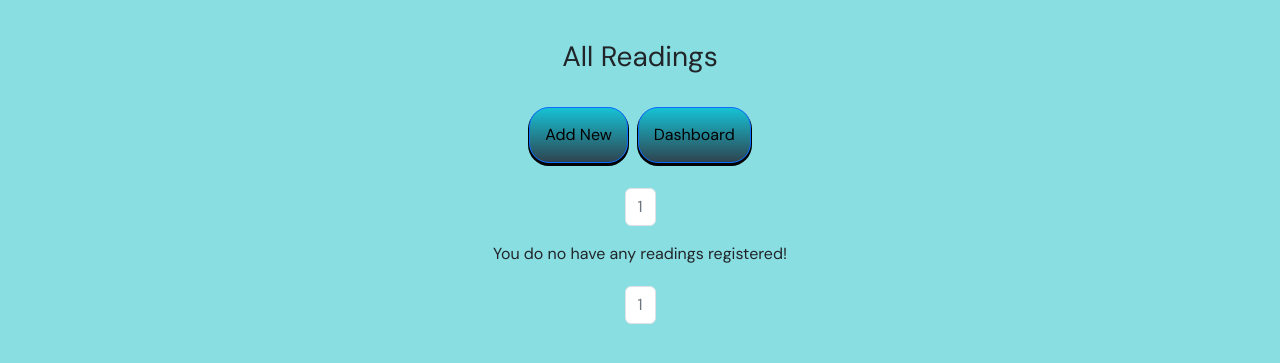
Repository: aiodell/my-glucose-checkup
Page: /bgls/all (app in client/)
The author's editor kept a copy of each file at every save. The page is drawn from the files as they stood at one save, then again after the next save.
The browser window is 1280 px wide. The pictures show the whole page.
The page's requests for data from a server got no answer. The project was rebuilt for these pictures with package versions that can differ from the ones it lists, and the page was loaded fresh each time. No one was signed in, and anything a server would have sent is missing. Also part of the build but not shown: client/src/components/Login.js, client/src/components/Signup.js, client/src/components/Dashboard.js, client/src/components/NewReading.js, client/src/components/Home.js, client/src/components/BglUpdateForm.js, client/src/components/BglEventDetails.js, client/src/components/NewBglEvent.js and 8 more.

Above is the page before, as saved 2022-10-06 06:59:08.

### client/src/index.js
import React from 'react';
import ReactDOM from 'react-dom/client';
import {BrowserRouter as Router} from "react-router-dom";
import 'bootstrap/dist/css/bootstrap.min.css';
import App from './App';

const root = ReactDOM.createRoot(document.getElementById('root'));
root.render(
  <React.StrictMode>
  <Router>
    <App />
  </Router>
  </React.StrictMode>
);

### client/src/App.js
import { useState, useEffect } from "react"
import { Switch, Route, useHistory } from "react-router-dom"
import NavBar from "./components/NavBar"
import Login from "./components/Login"
import Signup from "./components/Signup"
import Dashboard from "./components/Dashboard"
import AllReadings from "./components/AllReadings"
import NewReading from "./components/NewReading"
import Home from "./components/Home"
import BglEventDetails from "./components/BglEventDetails"
import NewBglEvent from "./components/NewBglEvent"
import Events from "./components/Events"
import UserProfile from "./components/UserProfile"
import CreateProfile from "./components/CreateProfile"
import AllUsers from "./components/AllUsers"
import './styles.css'

const App = () => {
  const [currentUser, setCurrentUser] = useState("")
  const [readings, setReadings] = useState([])
  const [events, setEvents] = useState([])
  const [users, setUsers] = useState([])
  const [following, setFollowing] = useState([])
  const history = useHistory()

  useEffect( () => {
    fetch(`/auto-login`)
    .then((r) => {
      if (r.ok) {
        r.json().then((user) => setCurrentUser(user))
      }else{
        history.push("/login")
      }
    })
  }, [ ])

	useEffect(() => {
		fetch("/events")
		.then((r) => r.json())
		.then(setEvents)
	}, [])

  useEffect(() => {
		fetch("/bgls")
		.then((r) => r.json())
		.then(setReadings)
	}, [])

  useEffect(() => {
    fetch("/users")
    .then((r) => r.json())
    .then(setUsers)
  }, [])

  useEffect(() => {
    fetch("/relationships")
    .then((r) => r.json())
    .then(setFollowing)
  }, [])

  const updateUser = (user) => setCurrentUser(user)

  const addNewReading = (newReading) => {setReadings(readings => [...readings, newReading])}

  const deleteReading = (deletedReading) => {
    setReadings((readings) => readings.filter((reading) => reading.id !== deletedReading))
  }

  const deleteEvent = (deletedEvent) => {
    setEvents((events) => events.filter((event) => event.id !== deletedEvent))
  }

  const updateBgl = (updatedBgl) => {
    setReadings((readings) => readings.map(bgl => bgl.id === updatedBgl.id ? updatedBgl : bgl))
  }

  // add follower to list
  const addNewFollow = (newFollow) => {
    setFollowing(following => [...following, newFollow])
    const copyOfCurrentUser = {...currentUser}
    copyOfCurrentUser.followees.push(newFollow)
    setCurrentUser(copyOfCurrentUser)
  }

  // delete follower from the list
  const deleteFollow = (deletedFollow) => {
    setFollowing((following) => following.filter((following) => following.id !== deletedFollow))
  }

  const removeCurrentFollowing = (deletedFollowee) => {
    const copyOfCurrentUser = {...currentUser}
    copyOfCurrentUser.followees = copyOfCurrentUser.followees.filter(followee => followee.followee_id !== deletedFollowee.followee_id)
    setCurrentUser(copyOfCurrentUser)
  }

   return (
   <div>
    <NavBar
      currentUser = {currentUser}
      updateUser = {updateUser}
    />
    <Switch>
      <Route exact path = "/login">
        <Login updateUser = {updateUser}/>
      </Route>
      <Route exact path = "/signup">
        <Signup />
      </Route>
      <Route exact path = "/dashboard">
        <Dashboard
        currentUser = {currentUser}
        readings = {readings}
        setReadings = {setReadings}
        following = {following}  // will be used to display the highs and lows of a user being followed
        users = {users}
        />
      </Route>
      <Route exact path= "/bgls/all">
        <AllReadings
        readings = {readings}
        setReadings = {setReadings}
        />
      </Route>
      <Route exact path= "/bgls/new">
        <NewReading addNewReading= {addNewReading} />
      </Route>
      <Route exact path= "/bgls/:id/">
        <BglEventDetails
          updateBgl = {updateBgl}
          deleteReading= {deleteReading}
          readings = {readings}
        />
      </Route>
      <Route exact path="/bgls/:id/bgl_events/new">
        <NewBglEvent events= {events}/>
      </Route>
      <Route exact path="/events">
        <Events
          deleteEvent = {deleteEvent}
          events = {events}
          setEvents = {setEvents}
        />
      </Route>
      <Route exact path= "/me">
        <UserProfile
        currentUser = {currentUser}
        users = {users}
        />
      </Route>
      <Route exact path = "/create-profile">
        <CreateProfile />
      </Route>
      <Route exact path= "/users">
        <AllUsers
        currentUser = {currentUser}
        users = {users}
        addNewFollow = {addNewFollow}
        deleteFollow = {deleteFollow}
        removeCurrentFollowing ={removeCurrentFollowing}
        />
      </Route>
      <Route exact path="/">
        <Home
        currentUser = {currentUser}
        setCurrentUser = {setCurrentUser}/>
      </Route>
    </Switch>
   </div>
  )
}

export default App;

### client/src/components/NavBar.js
import { useHistory, NavLink } from 'react-router-dom'
import Container from "react-bootstrap/Container"
import Nav from 'react-bootstrap/Nav';
import Navbar from 'react-bootstrap/Navbar';
import '../styles.css';

const NavBar = ({updateUser, currentUser}) => {
	const history = useHistory()

	// log out only available when logged in
	const handleLogout = (e) => {
		fetch(`/logout`, {
			method: 'DELETE'
		})
		.then(() => {
			updateUser("")
			history.push('/')
		})
	}

	return(
		<>
		{currentUser ?
			<Navbar bg="dark" variant="dark" expand="lg">
			<Container className="nav-bar">
				<Navbar.Brand>My Glucose Checkup</Navbar.Brand>
				<Navbar.Toggle aria-controls="basic-navbar-nav" />
				<Navbar.Collapse id="basic-navbar-nav"></Navbar.Collapse>
					<Nav className="me-auto">
						<NavLink className="nav-link" to="/dashboard">
							<Nav.Item>Dashboard</Nav.Item>
						</NavLink>
						<NavLink className="nav-link" to="/bgls/all">
							<Nav.Item>My BGLs</Nav.Item>
						</NavLink>
						<NavLink className="nav-link" to="/bgls/new">
							<Nav.Item>New Reading</Nav.Item>
						</NavLink>
						<NavLink className="nav-link" to="/me">
							<Nav.Item>My Account</Nav.Item>
						</NavLink>
						<NavLink className="nav-link" to="/users">
							<Nav.Item>All Users</Nav.Item>
						</NavLink>
						<Nav.Link onClick={handleLogout}>Logout</Nav.Link>
					</Nav>
			</Container>
		</Navbar> : null }
		</>
	)
}

export default NavBar

### client/src/components/AllReadings.js
import { useState, useEffect } from "react"
import Pagination from "react-bootstrap/Pagination"
import { useHistory, Link, NavLink } from "react-router-dom"
import Card from 'react-bootstrap/Card';
import Container from "react-bootstrap/Container"
import Button from "react-bootstrap/Button"

const AllReadings = ({readings, setReadings }) => {
	const [errors, setErrors] = useState([])
	const [ currentRange, setCurrentRange ] = useState([0, 10]);
	const history = useHistory()

	useEffect(() => {
		fetch("/bgls")
		.then(r => {
			if(r.ok){
				r.json().then(readings => setReadings(readings))
			}else{
				r.json().then(data => {
					setErrors(data.errors)
					history.push("/login")
				})
			}
		})
	}, [])

	const handleDelete = (id) => {
		fetch(`/bgls/${id}`, {
			method: "DELETE",
		})
		.then(() =>{
			setReadings((readings) => readings.filter((reading) => reading.id !== id))
		})
	}

		// render the current Bgls
	const renderReadings = readings.map((bgl) => {
		return(
			<Card className="bgl-card" key= {bgl.id}>
				<Card.Body className="link-text-style" as={Link} to= {`/bgls/${bgl.id}`}>
					<Card.Title className="card-title">
						{bgl.value} mg/dl
					</Card.Title>
					<Card.Text>
						{bgl.created_at}
					</Card.Text>
				</Card.Body>
				<Button className="delete-btn" onClick={() => handleDelete(bgl.id)}>
					Delete
				</Button>
			</Card>
		)
	})


	// pagination of the Bgls
  	const handlePageClick = (e) => {
    const pageNum = e.target.innerText;

    if(pageNum === '1') {
      setCurrentRange([ 0, 20 ]);
    } else {
      const start = pageNum * 20 - 19;
      const end = pageNum * 20;
      setCurrentRange([ start, end ]);
    }
  }

	const bglPages = () => {
    let pages = [];
    let numOfPages = renderReadings.length / 10 + 1;

    for( let pageNum = 1; pageNum <= numOfPages; pageNum++ ) {
      pages.push(
        <Pagination.Item
          key={ pageNum }
          onClick={ handlePageClick }
          active={ currentRange[1] / 10 === pageNum }
          disabled={ currentRange[1] / 10 === pageNum }
        >
          { pageNum }
        </Pagination.Item>
      )
    }
    return pages;
  }
  	// end of pagination of Bgls

	const bglPage = renderReadings.slice(...currentRange)

	return(
		<>
		{errors ? errors.map(e => <section>{e}</section>):null}
			<Container className="all-bgl-container-style">
				<h3 className="title">All Readings</h3>
				<NavLink to="/bgls/new">
					<Button className="btns">Add New</Button>
				</NavLink>
				<NavLink to="/dashboard">
					<Button className="btns">Dashboard</Button>
				</NavLink>
				<Container>
					<Pagination className="pages">{ bglPages() }</Pagination>
				</Container>
					{bglPage.length > 0 ? bglPage : "You do no have any readings registered!"}
				<Container>
					<Pagination className="pages">{ bglPages() }</Pagination>
				</Container>
			</Container>
		</>
	)
}

export default AllReadings

### client/src/styles.css
@import url('https://fonts.googleapis.com/css2?family=DM+Sans&display=swap');
@import url('https://fonts.googleapis.com/css2?family=Carter+One&family=DM+Sans&display=swap');

body {
  font-family: 'DM Sans', sans-serif;
  background-color:	#89dee2;
  margin: 0px;
}

/*Universal */
.btns {
  background-image: linear-gradient(#16c2d5, #2e4450);
  color: rgb(0, 0, 0);
  padding: 15px;
  margin: 5px;
  text-align: center;
  border-radius: 20px;
  box-shadow: 0px 2px 0px 1px black;
  text-decoration: none;
}

.container-style{
  text-align: center;
  padding: 10px;
  position: relative;
}

.navbar-brand{
  font-family: 'Carter One', cursive;
  font-size: 2rem;
  text-align:left
}

/*Home Page */
.Home {
  text-align: center;
}

.home-background {
  background-color: #88c7b2;
  min-height: 100vh;
  display: flex;
  flex-direction: column;
  align-items: center;
  justify-content: center;
  font-size: calc(10px + 2vmin);
  color: white;
}

.welcome {
  font-family: 'Carter One', cursive;
  text-shadow: 2px 2px black;
  text-align: center;
}

.home-btn-div {
  align-content: center;
}

/*Forms */
.form-style{
  margin-top: 100px;
  border-radius: 20px;
  box-shadow: 0px 2px 0px 1px black;
  background-image: linear-gradient(#67eabe, #ffffff);
  color: rgb(0, 0, 0);
}
.title{
  padding: 20px;
  position: relative;
}

/*Dashbord */
.dash-container{
  margin-top: 100px;
  padding: 20px;
  background-image: linear-gradient(#67eabe, #ffffff);
  border-radius: 25px;
  position: relative;
}

.current-bgl{
  border-radius: 50%;
  height: 150px;
  width: 150px;
  vertical-align: middle;
  left: 44%;
  position: relative;
  box-shadow: 2px 2px 2px 2px black;
  background-image: linear-gradient(#67eabe, #ffffff);
}

.current-txt{
  text-align: center;
  font-size: 4rem;
  padding-top: 40px;
  padding-left: 5px;
  position: relative;
}

.low-high-avg{
  padding: 20px;
  position: relative;
}

.dash-title{
  font-family: 'Carter One', cursive;
  text-shadow: 2px 2px 2px black;
  color: white
}

/*Events */

.list{
  list-style: none;
  padding: 5px;
  font-size: 150%;
}

.event-container-style{
  text-align: center;
  padding: 10px;
  position: relative;
  margin: 5px;
}

.delete-btn{
  background-image: linear-gradient(#67eabe, #ffffff);
  color: rgb(0, 0, 0);
  padding: 5px;
  margin: 5px;
  text-align: center;
  box-shadow: 0px 2px 0px 1px black;
  text-decoration: none;
}
.event-card{
  vertical-align: middle;
  left: 39%;
  position: relative;
}

/*All bgls*/
.all-bgl-container-style{
  align-content: center;
  margin-top: 20px;
  text-align: center;
  display: relative;
  position:relative;
  max-width: 50%;
}

.link-text-style{
  text-decoration: none;
}

.pages {
  display: flex;
  justify-content: center;
  margin-top: 20px;
}

.bgl-card{
  margin: 10px;
  text-decoration: none;
  color: black;
  box-shadow: 0px 2px 0px 2px black;
}

.card-title{
  font-size: 150%;
}

.search {
  width: 50%;
  text-align: center;

  position: relative;
  display: block;
  margin: auto;
  padding: 2rem;
}

.searchTerm {
  text-align: center;
  width: 100%;
  border: 3px solid #004e59;
  padding: 5px;
  height: 3rem;
  border-radius: 5px;
  outline: none;
  font-size: 1.5rem;
}

/* Profile Completion Form */
.form-title{
  text-align: center;
  margin-top: 15px;
}

.profile-completion{
  text-align: center;
  padding: 15px;
  margin: 10px;
  box-shadow: 1px 2px 0px 1px black;
  background-image: linear-gradient(#eaeaea, #ffffff);
  color: rgb(0, 0, 0);
}

.profile-label{
  margin-bottom: 5px;
  margin-top: 10px;
}

.form-check{
  margin-top: 5px
}

/*profile container*/
.profile-container{
  align-content: center;
  margin-top: 20px;
  text-align: center;
  display: relative;
  position:relative;
  max-width: 50%;
}

Loaded but not shown: client/public/index.html (common file)

After the next save:
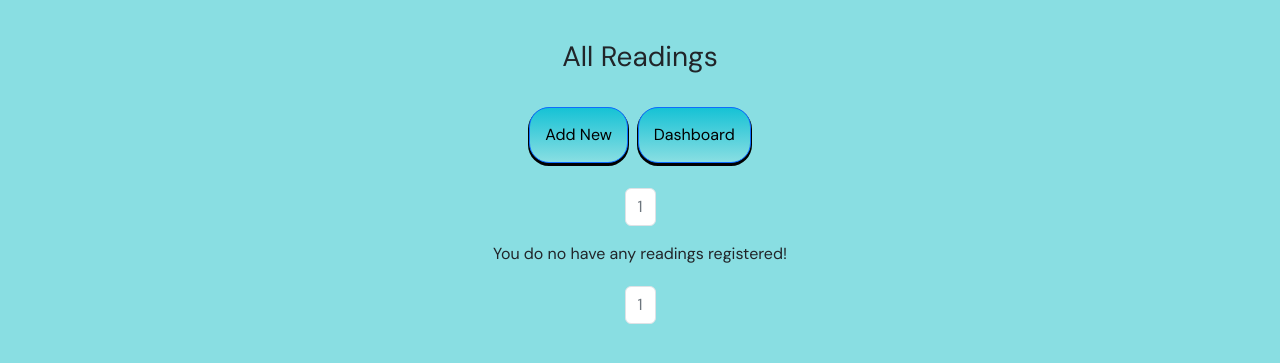
Saved 25 s later.
--- a/client/src/styles.css
+++ b/client/src/styles.css
@@ -9,7 +9,7 @@ body {
 
 /*Universal */
 .btns {
-  background-image: linear-gradient(#16c2d5, #2e4450);
+  background-image: linear-gradient(#16c2d5, #89dee2);
   color: rgb(0, 0, 0);
   padding: 15px;
   margin: 5px;
